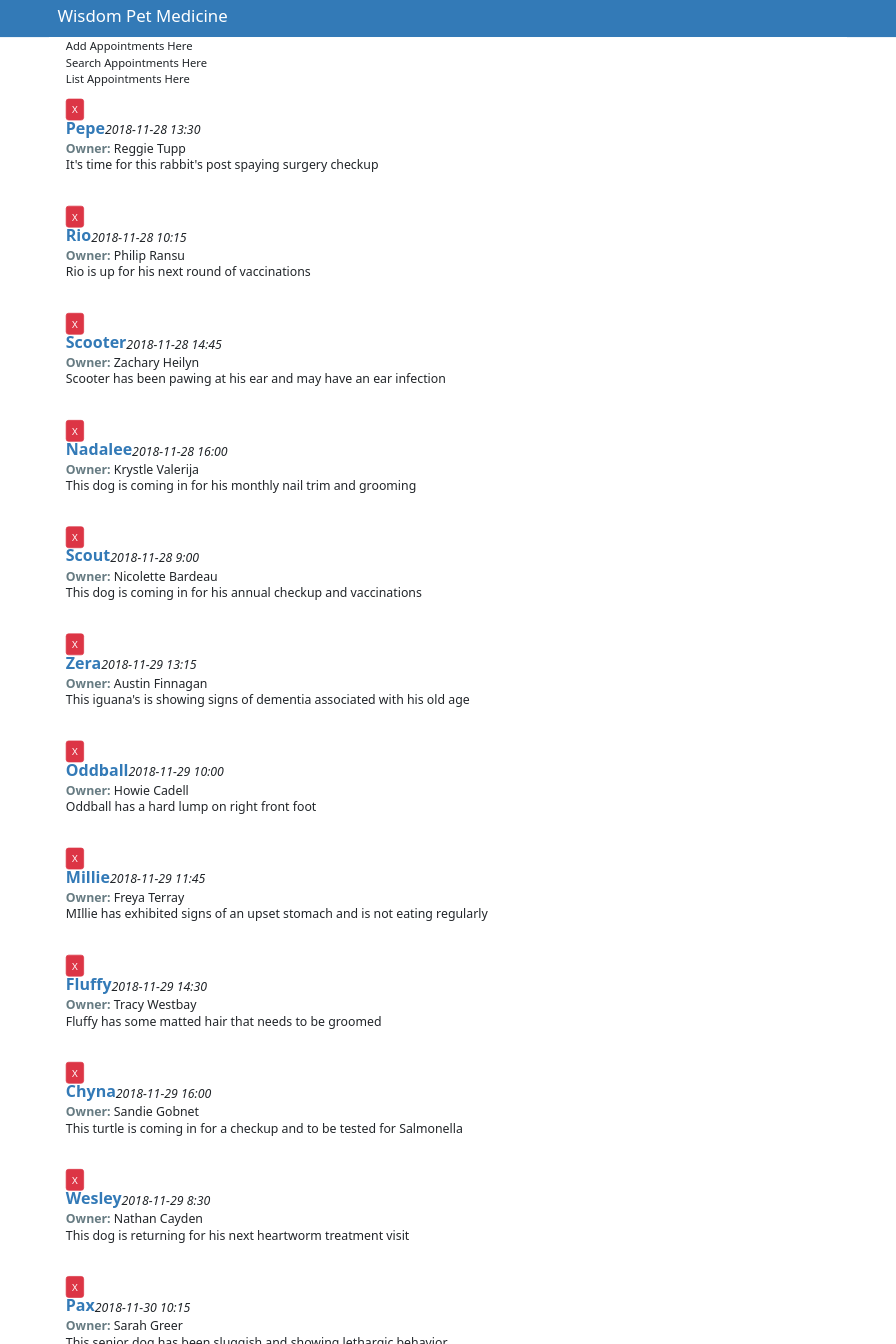
Repository: DevLuDaley/reactinterface
Page: /
An editor plug-in stored every save of this project. The page is shown before and after the next save, followed by the edit.
The browser window is 1280 px wide. The pictures show the part of the page from y = 0 to 1920 px (the page is 4002 px tall before and 3978 px after), at 70% of full size.
The project was rebuilt for these pictures with package versions that can differ from the ones it lists, and the page was loaded fresh each time.

Above is the page before, as saved 2021-02-04 18:14:09.

After the next save:
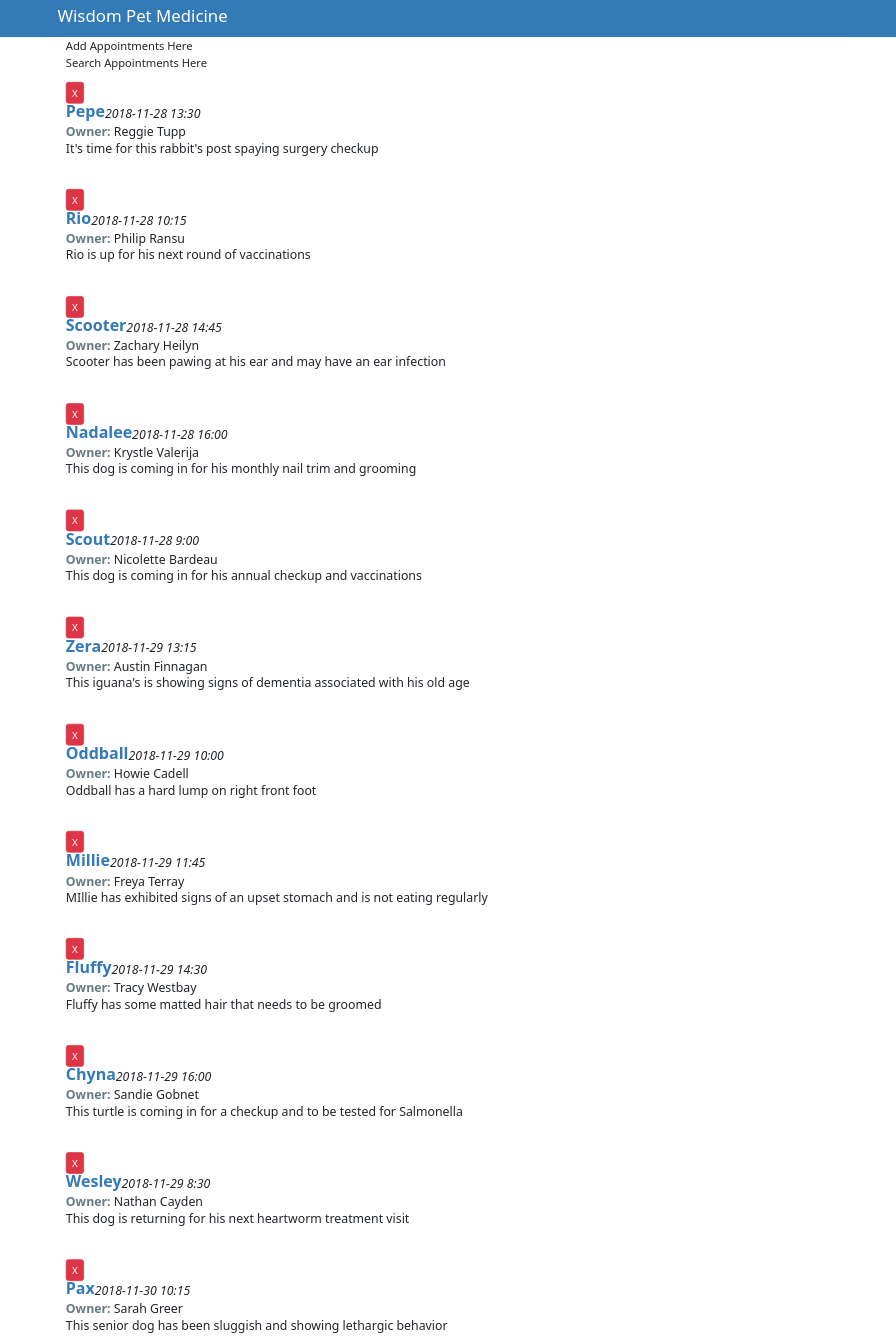
Saved 14 min 14 s later.
--- a/src/components/ListAppointments.js
+++ b/src/components/ListAppointments.js
@@ -18,7 +18,7 @@ class ListAppointments extends Component {
 
         return (
         <div>
-            List Appointments Here
+            {/* List Appointments Here */}
             {/* {listItems} */}
             {this.props.appointments.map(item => (
                 <div className="appointment-list item-list mb-3">
